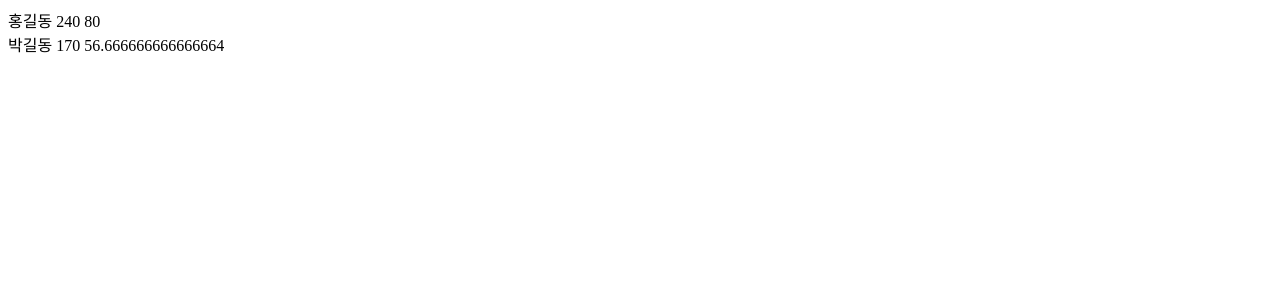
Repository: ssohee98/Web-Study
Page: JS/WebContent/oop/o_exam02.html
An editor plug-in stored every save of this project. The page is shown before and after the next save, followed by the edit.
The browser window is 1280 px wide. The pictures show the whole page.

Above is the page before, as saved 2023-02-21 07:10:26.

### JS/WebContent/oop/o_exam02.html
<!DOCTYPE html>
<html>
<head>
<meta charset="UTF-8">
<title>Insert title here</title>
<script type="text/javascript">

	/*
	//3. 생성자 함수를 이용하여 객체 생성** -> 다수의 객체를 생성하기 위해
	function grade(kor, eng, mat) {
		this.kor = kor;		//생성자 함수의 this는 자기자신 grade
		this.eng = eng;
		this.mat = mat;
	}

	function student(name, grade) {
		this.name = name;
		this.grade = grade;
		this.getSum = function() {
			return this.grade.kor + this.grade.eng + this.grade.mat;
		}
		this.getAverage = function() {
			return this.getSum()/3;
		}
		this.toString = function() {
			return this.name + "\t" + this.getSum() + "\t" + this.getAverage();
		}
	}

	let students = [];

	students.push(new student("홍길동", new grade(90, 80, 70)));
	students.push(new student("박길동", new grade(90, 60, 20)));

	for(let i in students) {
		document.write(students[i].toString()+ "<br>");
	}*/


	//Prototype: 메모리 문제로 함수들을 알파룸에 따로 넣어둠
	function student(name, kor, eng, mat) {
		this.name = name;
		this.kor = kor;
		this.eng = eng;
		this.mat = mat;
	}


	student.prototype.getSum = function() {
		return this.kor + this.eng + this.mat;
	}
	student.prototype.getAverage = function() {
		return this.getSum()/3;
	}
	student.prototype.toString = function() {
		return this.name + "\t" + this.getSum() + "\t" + this.getAverage();
	}

	let students = [];

	students.push(new student("홍길동", 90, 80, 70));
	students.push(new student("박길동", 90, 60, 20));

	for(let i in students) {
		document.write(students[i].toString()+ "<br>");
	}

</script>
</head>
<body>

</body>
</html>

After the next save:
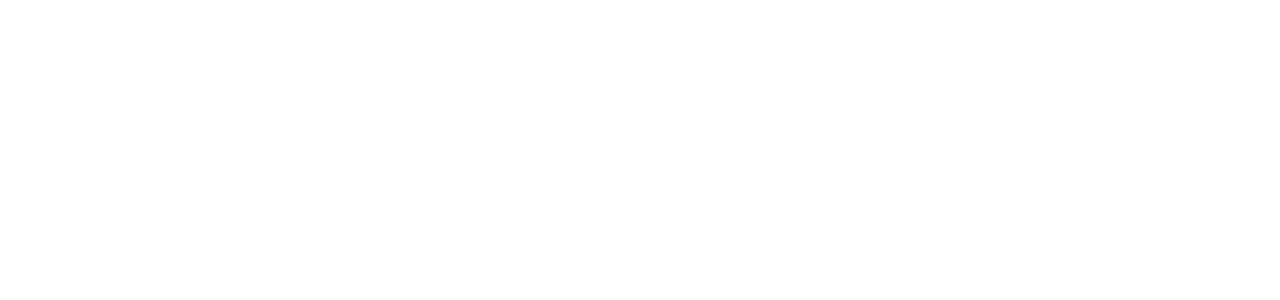
Console error: SyntaxError: Invalid shorthand property initializer
Saved 15 min 45 s later.
--- a/JS/WebContent/oop/o_exam02.html
+++ b/JS/WebContent/oop/o_exam02.html
@@ -45,8 +45,7 @@
 		this.mat = mat;
 	}
 
-
-	student.prototype.getSum = function() {
+/* 	student.prototype.getSum = function() {
 		return this.kor + this.eng + this.mat;
 	}
 	student.prototype.getAverage = function() {
@@ -54,6 +53,18 @@
 	}
 	student.prototype.toString = function() {
 		return this.name + "\t" + this.getSum() + "\t" + this.getAverage();
+	} */
+
+	student.prototype = {
+			getSum = function() {
+				return this.kor + this.eng + this.mat;
+			},
+			getAverage = function() {
+				return this.getSum()/3;
+			},
+			toString = function() {
+				return this.name + "\t" + this.getSum() + "\t" + this.getAverage();
+			}
 	}
 
 	let students = [];

After the save that followed:
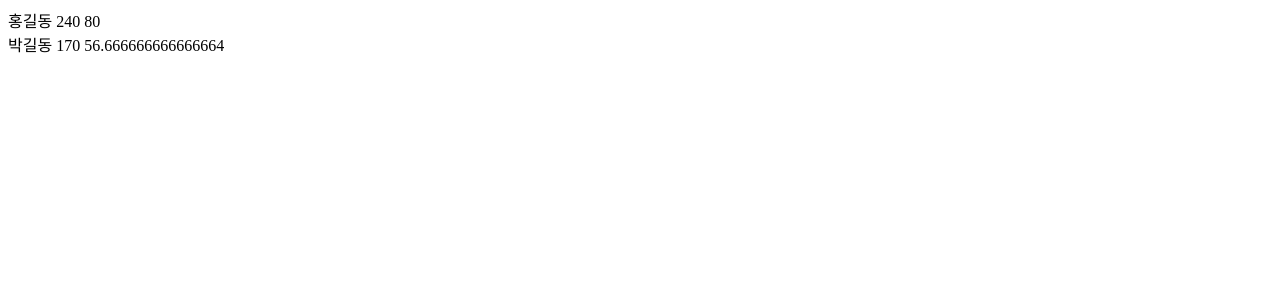
The error is gone.
Saved 32 s later.
--- a/JS/WebContent/oop/o_exam02.html
+++ b/JS/WebContent/oop/o_exam02.html
@@ -56,13 +56,13 @@
 	} */
 
 	student.prototype = {
-			getSum = function() {
+			getSum: function() {
 				return this.kor + this.eng + this.mat;
 			},
-			getAverage = function() {
+			getAverage: function() {
 				return this.getSum()/3;
 			},
-			toString = function() {
+			toString: function() {
 				return this.name + "\t" + this.getSum() + "\t" + this.getAverage();
 			}
 	}
